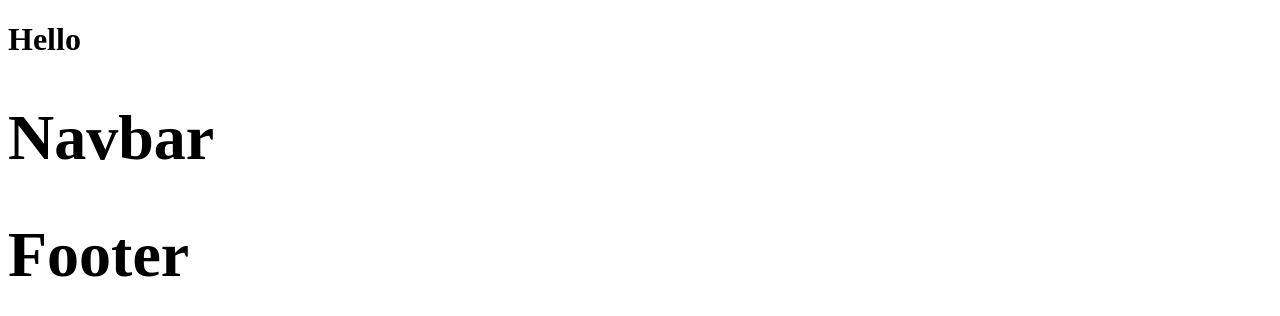
Repository: supakorn5039-boon/React-s
Page: /
An editor plug-in stored every save of this project. The page is shown before and after the next save, followed by the edit.
The browser window is 1280 px wide. The pictures show the whole page.
The project was rebuilt for these pictures with package versions that can differ from the ones it lists, and the page was loaded fresh each time. Also part of the build but not shown: vite.config.js.

Above is the page before, as saved 2024-01-08 23:35:42.

After the next save:
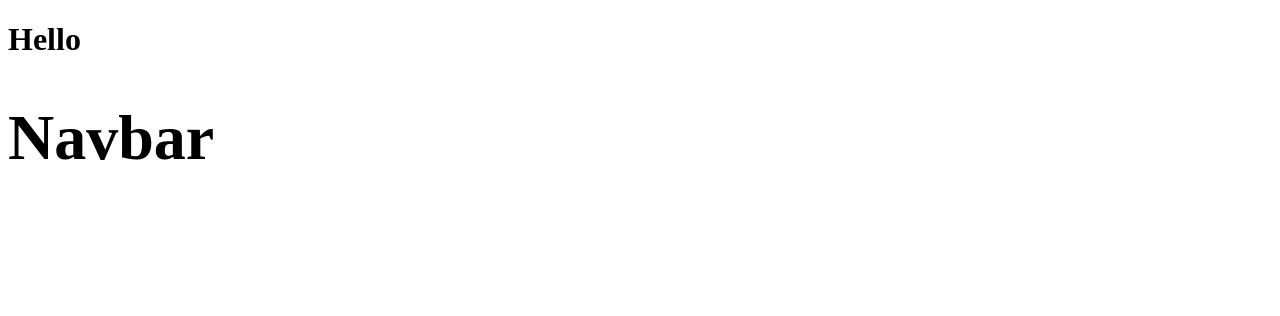
Saved 6 s later.
--- a/src/App.jsx
+++ b/src/App.jsx
@@ -3,16 +3,17 @@ export default function App() {
     return (
       <>
         <h1>Navbar</h1>
-        <h1>Footer</h1>
       </>
     );
   }
 
   const Story = () => {
-    return <>
-      <h1>Hello Footer</h1>
-    </>
-  }
+    return (
+      <>
+        <h1>Hello Footer</h1>
+      </>
+    );
+  };
 
   return (
     <h1>
